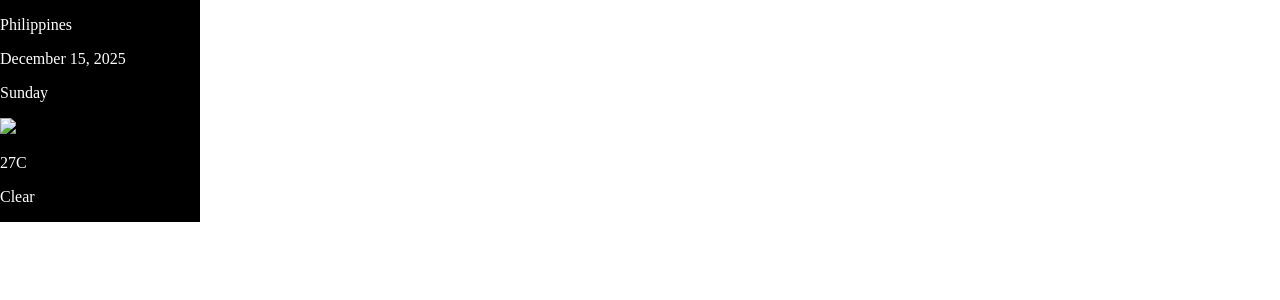
Repository: dmpelaez/weatherApp
Page: WeatherApp.html
These files come from the project's save history. The page is drawn as it stood at one moment and after the next save; the edit follows.
The browser window is 1280 px wide. The pictures show the whole page.
The page's requests for data from a server got no answer.

Above is the page before, as saved 2025-12-14 12:04:47.

### WeatherApp.html
<!DOCTYPE html>

  <html>

    <head>

      <title>Weather App</title>

      <meta name="viewport" content="width=device-width, initial-scale=1.0">

      <!--CSS-->
      <Link rel="stylesheet" href="WeatherApp.css">
    </head>

    <body>

      <!--Container of the weather app-->
      <div class="container">

        <!--Visual part of the weather app-->
        <section class="WeatherVisual">
          <div class="countryInfo">
            <p class="country-name">Philippines</p>
            <p class="todaydate">December 15, 2025</p>
            <p class="dateToday">Sunday</p>
          </div>
          <!--imgs of weather-->
          <div class="imgOfweather">
            <img class="img" src="#">
          </div>

          <p class="temp">27C</p>
          <p class="description">Clear</p>
        </section>

      </div>


      <script src="WeatherApp.js"></script>
    </body>

  </html>

### WeatherApp.css
body {
  margin: 0;
  padding: 0;
  box-sizing: border-box;
}

.container {
  display: grid;
  background-color: black;
  width: 200px;
  color: white;
}

### WeatherApp.js
const APIkey = '84c3820830b89e9c5cca040b57bbbe7a';
const APIurl = "https://api.openweathermap.org/data/2.5/weather?units=metric&q=philippines";


async function weatherApp() {
  const response = await fetch(APIurl + `&appid=${APIkey}`);
  const data = await response.json();
  console.log(data);
}

weatherApp();

After the next save:
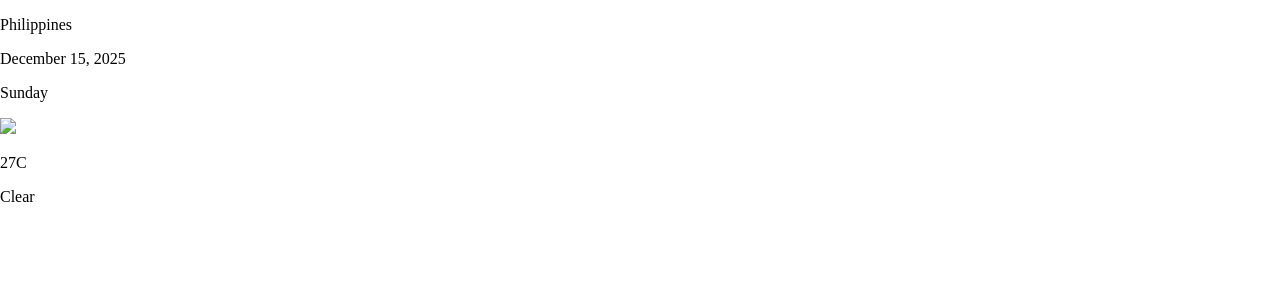
Saved 58 s later.
--- a/WeatherApp.css
+++ b/WeatherApp.css
@@ -5,8 +5,6 @@ body {
 }
 
 .container {
-  display: grid;
-  background-color: black;
-  width: 200px;
-  color: white;
+display: flex;
+
 }
